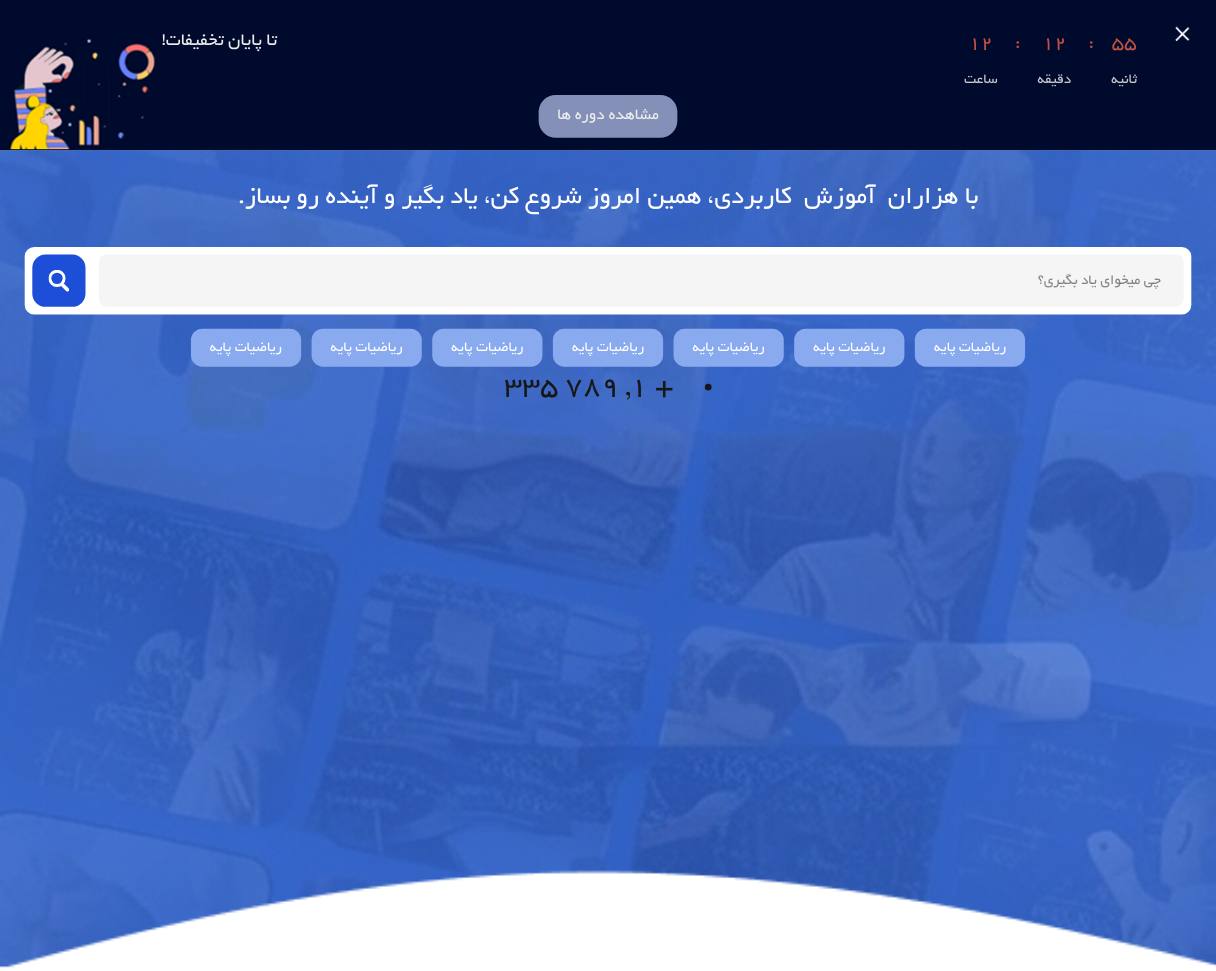
Repository: sinafath/fradars
Page: /
These files come from the project's save history. The page is drawn as it stood at one moment and after a run of saves; the edit follows.
The browser window is 1280 px wide. The pictures show the whole page, at 95% of full size.
The project was rebuilt for these pictures with package versions that can differ from the ones it lists, and the page was loaded fresh each time. The framework's server and built-in components were replaced by stand-ins that run in the browser. Also part of the build but not shown: next.config.ts.

Above is the page before, as saved 2025-09-21 20:07:31.

### src/app/layout.tsx
import type { Metadata } from "next";
import localFont from 'next/font/local'

const myFont = localFont({
  src: '../../public/BYEKAN.ttf',
})
import "./globals.css";

console.log(myFont)

export const metadata: Metadata = {
  title: "Fradars",
  description: "tutoring website",
};

export default function RootLayout({
  children,
}: Readonly<{
  children: React.ReactNode;
}>) {
  return (
    <html lang="fa" dir="rtl" className={myFont.className}>
      <body
      >
        {children}
      </body>
    </html>
  );
}

### src/app/page.tsx
import { Center, Column, Row } from "@/components/core";
import Image from "next/image";

export default function Home() {
  return (
    <div>
      <div className="w-full relative flex justify-center bg-[#000A2D] h-[158px] ">
        <Image
          aria-hidden
          className="absolute left-0"
          src="/1.png"
          alt="File icon"
          width={163}
          height={157}
        />
        <Image
          aria-hidden
          className="absolute top-[28px] start-[28px]"
          src="/2.png"
          alt="File icon"
          width={15}
          height={15}
        />
        <Row className="top-[30px] absolute start-[83px] gap-[18px] h-[58px]" align="start" >
          <Column className="gap-[20px] text-center">
            <span className="text-[22px]  h-[22px]  text-[#BF4F43]">۵۵</span>
            <span className="text-[#C9C9C9] text-[16px]">ثانیه</span>
          </Column >
          <span className="text-[22px] text-[#BF4F43]">:</span>
          <Column className="gap-[20px] text-center">
            <span className="text-[22px] h-[22px]  text-[#BF4F43]">۱۲</span>
            <span className="text-[#C9C9C9] text-[16px]">دقیقه</span>
          </Column >
          <span className="text-[22px] text-[#BF4F43]">:</span>
          <Column className="gap-[20px] text-center">
            <span className="text-[22px] h-[22px]  text-[#BF4F43]">۱۲</span>
            <span className="text-[#C9C9C9] text-[16px]">ساعت</span>
          </Column >

        </Row>
        <p className=" absolute top-[29px] end-[170px] text-[#EDEDED] text-[20px]">تا پایان تخفیفات!</p>
        <button className=" w-[146px] h-[45px] bg-[#8590B8] rounded-[18px] absolute bottom-[13px] text-[18px] text-[#EDEDED]">مشاهده دوره ها</button>
      </div>
      <Column className="relative text-center">
        <h1 className="text-[28px] text-white pt-[30px] px-[62px]"> با هزاران  آموزش‌  کاربردی، همین امروز شروع کن،
          یاد بگیر و آینده رو بساز.</h1>
        <Row className="mt-[30px] w-[calc(100%-52px)] bg-white p-[8px] gap-[14px] h-[71px] mx-[26px] rounded-[10px]" >
          <input type="text" className="bg-[#F5F5F5] flex-1 h-full rounded-[8px] px-[24px] " placeholder="چی میخوای یاد بگیری؟" />
          <Center className="bg-[#1D4ED8] w-[56px] h-full rounded-[14px]">
            <img src="/4.svg" />
          </Center>
        </Row>
        <Row className="flex-wrap gap-x-[11px] gap-y-[15px] mt-[15px] justify-center ">
          <div className="rounded-[12px] text-[16px] px-[20px] py-[8px] bg-[#8AAAF0] text-white"> ریاضیات پایه </div>
          <div className="rounded-[12px] text-[16px] px-[20px] py-[8px] bg-[#8AAAF0] text-white"> ریاضیات پایه </div>
          <div className="rounded-[12px] text-[16px] px-[20px] py-[8px] bg-[#8AAAF0] text-white"> ریاضیات پایه </div>
          <div className="rounded-[12px] text-[16px] px-[20px] py-[8px] bg-[#8AAAF0] text-white"> ریاضیات پایه </div>
          <div className="rounded-[12px] text-[16px] px-[20px] py-[8px] bg-[#8AAAF0] text-white"> ریاضیات پایه </div>
          <div className="rounded-[12px] text-[16px] px-[20px] py-[8px] bg-[#8AAAF0] text-white"> ریاضیات پایه </div>
          <div className="rounded-[12px] text-[16px] px-[20px] py-[8px] bg-[#8AAAF0] text-white"> ریاضیات پایه </div>
        </Row>
        <Image
          aria-hidden
          className="absolute top-0 start-0 w-full z-[-1]"
          src="/3.png"
          alt="File icon"
          width={560}
          height={377}
        />
      </Column>
      <Column className="gap-[17px] text-center ">
        <Column>
          <li className="text-[32px]">+ 1, 789 335</li>
        </Column>
      </Column>
    </div>
  );
}

### src/app/globals.css

@import "tailwindcss";

:root {
  --background: #ffffff;
  --foreground: #171717;
}

@theme inline {
  --color-background: var(--background);
  --color-foreground: var(--foreground);
}
@layer base {
  *{
    @apply box-border; /* Ensures box-sizing: border-box */
  }
}
@media (prefers-color-scheme: dark) {
  :root {
    --background: #0a0a0a;
    --foreground: #ededed;
  }
}


body {
  background: var(--background);
  color: var(--foreground);
  font-weight: normal;
}

### src/components/core.tsx
import { cn } from "@/lib/utils";
import { ReactNode } from "react";

type AlignItems = 'start' | 'center' | 'end' | 'baseline' | 'stretch';
type JustifyContent = 'start' | 'center' | 'end' | 'between' | 'around' | 'evenly';

interface FlexProps {
    children?: ReactNode;
    className?: string;
    align?: AlignItems;
    justify?: JustifyContent;
}

const alignClasses: Record<AlignItems, string> = {
    start: 'items-start',
    center: 'items-center',
    end: 'items-end',
    baseline: 'items-baseline',
    stretch: 'items-stretch',
};

const justifyClasses: Record<JustifyContent, string> = {
    start: 'justify-start',
    center: 'justify-center',
    end: 'justify-end',
    between: 'justify-between',
    around: 'justify-around',
    evenly: 'justify-evenly',
};

interface CenterProps {
    children: ReactNode;
    className?: string;
}

function Center({ children, className }: CenterProps) {
    return (
        <div className={cn('flex items-center justify-center', className)}>
            {children}
        </div>
    );
}

function Row({
    children,
    className,
    align = 'center',
    justify = 'start',
    ...props
}: FlexProps) {
    return (
        <div
            className={cn('flex flex-row', alignClasses[align], justifyClasses[justify], className)}
            {...props}
        >
            {children}
        </div>
    );
}

function Column({
    children,
    className,
    align = 'center',
    justify = 'start',
    ...props
}: FlexProps) {
    return (
        <div
            className={cn('flex flex-col', alignClasses[align], justifyClasses[justify], className)}
            {...props}
        >
            {children}
        </div>
    );
}

export { Column, Center, Row };

Loaded but not shown: src/lib/utils.ts (common file)

After the next 3 saves:
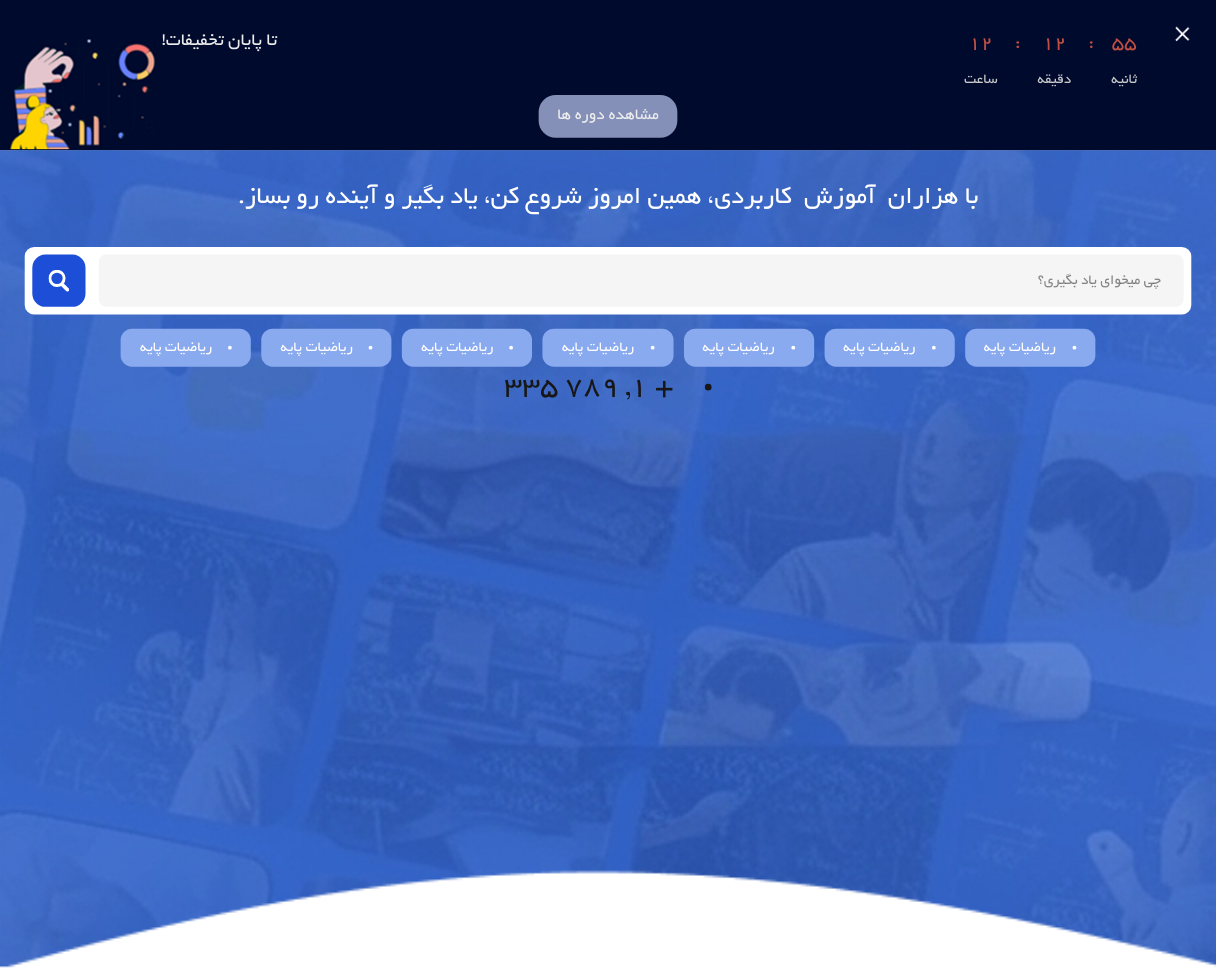
The 3 saves are shown as one change because 1 did not build or start and some came seconds apart.
The last was saved 26 s later.
--- a/src/app/page.tsx
+++ b/src/app/page.tsx
@@ -51,13 +51,13 @@
           </Center>
         </Row>
         <Row className="flex-wrap gap-x-[11px] gap-y-[15px] mt-[15px] justify-center ">
-          <div className="rounded-[12px] text-[16px] px-[20px] py-[8px] bg-[#8AAAF0] text-white"> ریاضیات پایه </div>
-          <div className="rounded-[12px] text-[16px] px-[20px] py-[8px] bg-[#8AAAF0] text-white"> ریاضیات پایه </div>
-          <div className="rounded-[12px] text-[16px] px-[20px] py-[8px] bg-[#8AAAF0] text-white"> ریاضیات پایه </div>
-          <div className="rounded-[12px] text-[16px] px-[20px] py-[8px] bg-[#8AAAF0] text-white"> ریاضیات پایه </div>
-          <div className="rounded-[12px] text-[16px] px-[20px] py-[8px] bg-[#8AAAF0] text-white"> ریاضیات پایه </div>
-          <div className="rounded-[12px] text-[16px] px-[20px] py-[8px] bg-[#8AAAF0] text-white"> ریاضیات پایه </div>
-          <div className="rounded-[12px] text-[16px] px-[20px] py-[8px] bg-[#8AAAF0] text-white"> ریاضیات پایه </div>
+          <li className="rounded-[12px] text-[16px] px-[20px] py-[8px] bg-[#8AAAF0] text-white"> ریاضیات پایه </li>
+          <li className="rounded-[12px] text-[16px] px-[20px] py-[8px] bg-[#8AAAF0] text-white"> ریاضیات پایه </li>
+          <li className="rounded-[12px] text-[16px] px-[20px] py-[8px] bg-[#8AAAF0] text-white"> ریاضیات پایه </li>
+          <li className="rounded-[12px] text-[16px] px-[20px] py-[8px] bg-[#8AAAF0] text-white"> ریاضیات پایه </li>
+          <li className="rounded-[12px] text-[16px] px-[20px] py-[8px] bg-[#8AAAF0] text-white"> ریاضیات پایه </li>
+          <li className="rounded-[12px] text-[16px] px-[20px] py-[8px] bg-[#8AAAF0] text-white"> ریاضیات پایه </li>
+          <li className="rounded-[12px] text-[16px] px-[20px] py-[8px] bg-[#8AAAF0] text-white"> ریاضیات پایه </li>
         </Row>
         <Image
           aria-hidden
